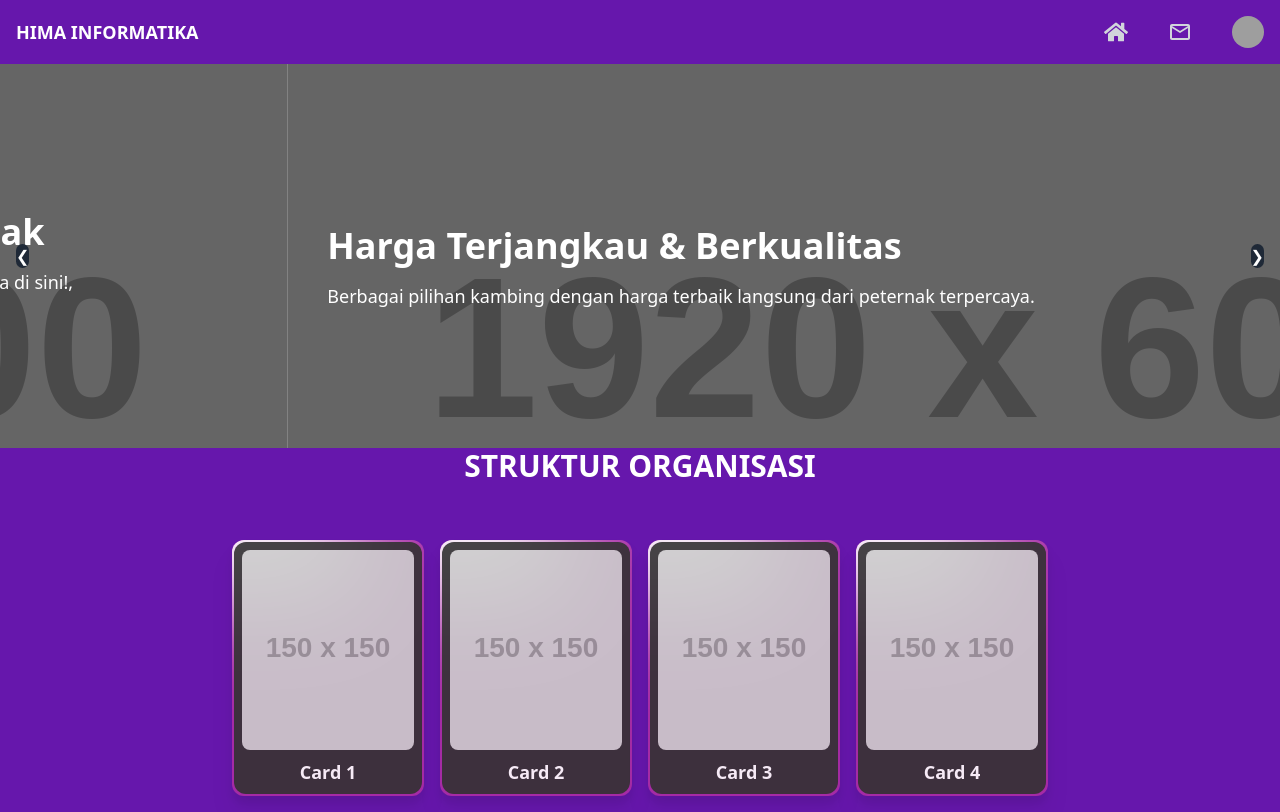
Repository: MUHAMADTEGARWIJAYA/himaif
Page: /
An editor plug-in stored every save of this project. The page is shown before and after the next save, followed by the edit.
The browser window is 1280 px wide. The pictures show the whole page.
Pictures or frames that could not be fetched are drawn as grey boxes. The project was rebuilt for these pictures with package versions that can differ from the ones it lists, and the page was loaded fresh each time. Also part of the build but not shown: vite.config.js.

Above is the page before, as saved 2024-12-21 13:09:35.

### src/main.jsx
import React from 'react'
import ReactDOM from "react-dom/client"
import './index.css'
import App from './App.jsx'
import { BrowserRouter } from 'react-router-dom'

ReactDOM.createRoot(document.getElementById('root')).render(
  <React.StrictMode>
    <BrowserRouter>
    <App />
    </BrowserRouter>
  </React.StrictMode>
);

### src/index.css
@tailwind base;
@tailwind components;
@tailwind utilities;

body{
    background-color: #8349d4;
}

### src/App.jsx
import { Routes, Route } from "react-router-dom";
import Slider from "./pages/Content";
import LandingPage from "./layout/LandingPageLay";
import Card from "./pages/Members";

export default function App() {
  return (
    <Routes>
      <Route element={<LandingPage />}>
         <Route path="/" element={<Slider   />}/>
         <Route path="/" element={<Card   />}/>
      </Route>
    </Routes>
  );
}

### src/pages/Content.jsx
import { useState, useEffect } from "react";

const Slider = () => {
  const slides = [
    {
      id: 1,
      image: "https://via.placeholder.com/1920x600", // Ganti dengan URL gambar
      title: "Mudah & Transparan! Kambing Langsung dari Peternak",
      description:
        "Akses langsung ke peternak, harga transparan, dan kualitas terjamin. Pilih kambing untuk kebutuhan Anda hanya di sini!, jdsudvudvbduvbdvbdiobvbvsudvds",
    },
    {
      id: 2,
      image: "https://via.placeholder.com/1920x600", // Ganti dengan URL gambar
      title: "Harga Terjangkau & Berkualitas",
      description:
        "Berbagai pilihan kambing dengan harga terbaik langsung dari peternak terpercaya.",
    },
    {
      id: 3,
      image: "https://via.placeholder.com/1920x600", // Ganti dengan URL gambar
      title: "Pesan Sekarang, Nikmati Kemudahan",
      description:
        "Proses cepat, aman, dan terintegrasi untuk kebutuhan kambing Anda.",
    },
  ];

  const [currentIndex, setCurrentIndex] = useState(0);

  useEffect(() => {
    const interval = setInterval(() => {
      setCurrentIndex((prevIndex) =>
        prevIndex === slides.length - 1 ? 0 : prevIndex + 1
      );
    }, 5000); // Ganti dengan waktu delay (ms)
    return () => clearInterval(interval);
  }, [slides.length]);

  const prevSlide = () => {
    setCurrentIndex(currentIndex === 0 ? slides.length - 1 : currentIndex - 1);
  };

  const nextSlide = () => {
    setCurrentIndex((currentIndex + 1) % slides.length);
  };

  return (
    <div className="relative w-full h-96 overflow-hidden">
      <div
        className="flex transition-transform duration-1000"
        style={{ transform: `translateX(-${currentIndex * 100}%)` }}
      >
        {slides.map((slide) => (
          <div
            key={slide.id}
            className="w-full h-[600px] flex-shrink-0 relative"
            style={{
              backgroundImage: `url(${slide.image})`,
              backgroundSize: "cover",
              backgroundPosition: "center",
            }}
          >
            <div className="absolute inset-0 bg-black bg-opacity-50 flex flex-col justify-center mb-48 items-start p-10 text-white">
              <h1 className="text-4xl font-bold mb-4">{slide.title}</h1>
              <p className="text-lg">{slide.description}</p>
            </div>
          </div>
        ))}
      </div>
      <button
        onClick={prevSlide}
        className="absolute top-1/2 left-4 -translate-y-1/2 bg-gray-800 text-white rounded-full"
      >
        &#10094;
      </button>
      <button
        onClick={nextSlide}
        className="absolute top-1/2 right-4 -translate-y-1/2 bg-gray-800 text-white rounded-full"
      >
        &#10095;
      </button>
    </div>
  );
};

export default Slider;

### src/layout/LandingPageLay.jsx
import Navbar from '../pages/Navbar';

import App from "../pages/Members";
import Slider from "../pages/Content";

const LandigPage = () => {
    return (
        <div className='bg-[#6617ac]'>
            <Navbar />
             <Slider />
             <App />
         </div>
    );
};

export default LandigPage;

### src/pages/Members.jsx
import PropTypes from "prop-types";

const Card = ({ title, image }) => {
  return (

    <div className="relative drop-shadow-xl w-48 h-64 overflow-hidden rounded-xl bg-[#a52ba5] transform transition-transform hover:scale-105 hover:rotate-2">
      <div className="absolute inset-0.5 flex flex-col items-center justify-between text-white z-[1] opacity-90 rounded-xl bg-[#323132] p-2">
        <img
          src={image}
          alt={title}
          className="w-full h-52 object-cover rounded-lg"
        />
        <h3 className="text-lg font-semibold mt-2">{title}</h3>
      </div>
      <div className="absolute w-56 h-48 bg-white blur-[50px] -left-1/2 -top-1/2"></div>
    </div>
  );
};

Card.propTypes = {
  title: PropTypes.string.isRequired,
  image: PropTypes.string.isRequired,
};

const App = () => {
  const cards = [
    {
      title: "Card 1",
      image: "https://via.placeholder.com/150",
    },
    {
      title: "Card 2",
      image: "https://via.placeholder.com/150",
    },
    {
      title: "Card 3",
      image: "https://via.placeholder.com/150",
    },
    {
      title: "Card 4",
      image: "https://via.placeholder.com/150",
    },
  ];

  return (
    <div className=" ">
        <h1 className="text-3xl font-semibold text-center text-white">STRUKTUR ORGANISASI</h1>
    <div className="flex flex-wrap justify-center gap-4 mt-10 p-4">

      {cards.map((card, index) => (
        <Card key={index} title={card.title} image={card.image} />
      ))}
    </div>
    </div>
  );
};

export default App;

### src/pages/Navbar.jsx
import  { useState, useEffect } from "react";
import { FaHome } from "react-icons/fa";
import { MdOutlineEmail } from "react-icons/md";

const Navbar = () => {
  const [isVisible, setIsVisible] = useState(true);

  useEffect(() => {
    const handleScroll = () => {
      // Check scroll position
      if (window.scrollY > 50) {
        setIsVisible(false); // Hide when scrolled down
      } else {
        setIsVisible(true); // Show when at top
      }
    };

    window.addEventListener("scroll", handleScroll);

    // Cleanup event listener on unmount
    return () => {
      window.removeEventListener("scroll", handleScroll);
    };
  }, []);

  return (
    <div className="relative">
      <div
        className={`flex items-center p-4 bg-transparent justify-between space-x-5 text-white transition-transform duration-300 ${
          isVisible ? "translate-y-0" : "-translate-y-full"
        }`}
      >
        {/* Bagian Kiri */}
        <div className="flex items-center">
          <span className="text-lg font-bold">HIMA INFORMATIKA</span>
        </div>

        {/* Bagian Kanan */}
        <div className="flex items-center relative space-x-10">
          <button className="text-gray-300 hover:text-white">
            <FaHome className="w-6 h-6" />
          </button>
          <button className="text-gray-300 hover:text-white">
            <MdOutlineEmail className="w-6 h-6" />
          </button>
          {/* Avatar */}
          <div className="flex items-center">
            <img
              src="image.jpg" // Gunakan default jika avatar kosong
              alt="User Avatar"
              className="w-8 h-8 rounded-full"
            />
          </div>
        </div>
      </div>
    </div>
  );
};

export default Navbar;

Loaded but not shown: index.html (common file); tailwind.config.js (common file)

After the next save:
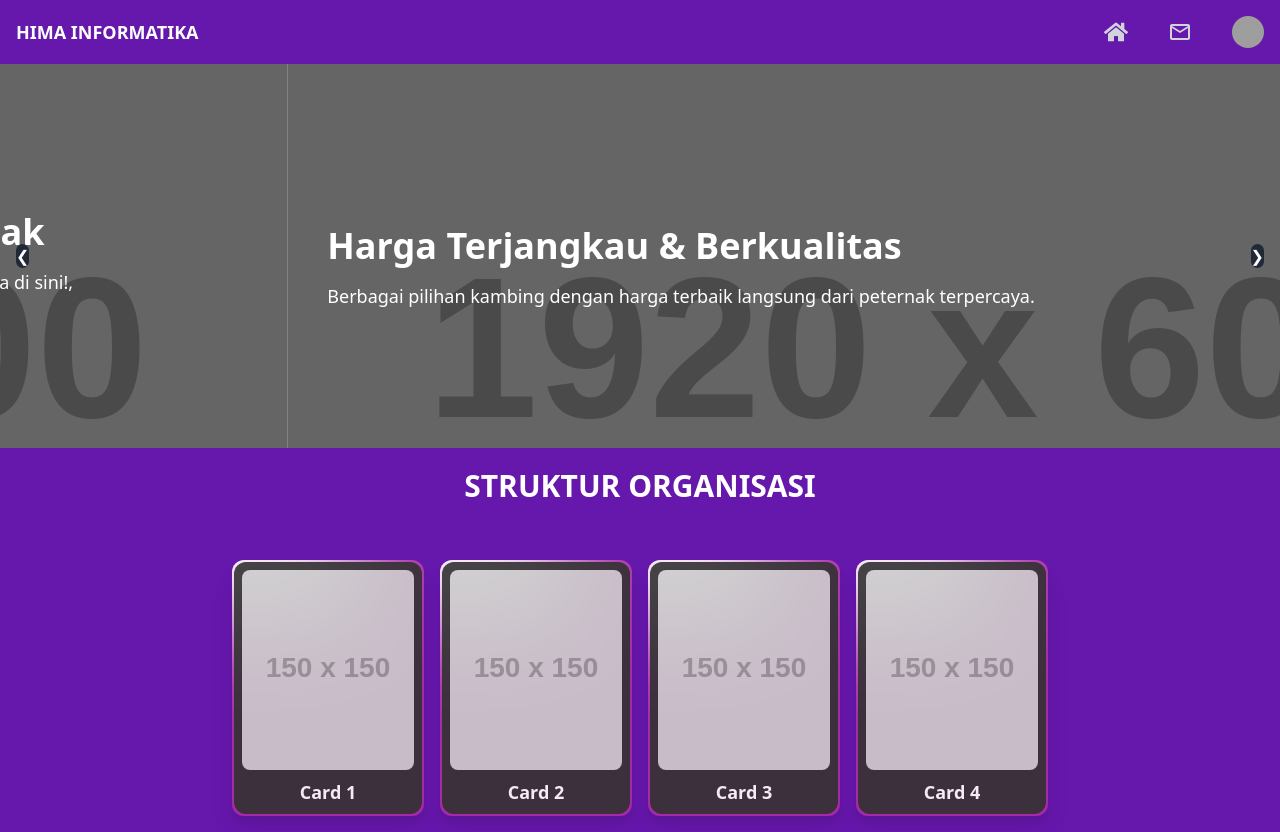
Saved 14 s later.
--- a/src/pages/Members.jsx
+++ b/src/pages/Members.jsx
@@ -44,7 +44,7 @@ const App = () => {
 
   return (
     <div className=" ">
-        <h1 className="text-3xl font-semibold text-center text-white">STRUKTUR ORGANISASI</h1>
+        <h1 className="text-3xl font-semibold mt-5 text-center text-white">STRUKTUR ORGANISASI</h1>
     <div className="flex flex-wrap justify-center gap-4 mt-10 p-4">
 
       {cards.map((card, index) => (
